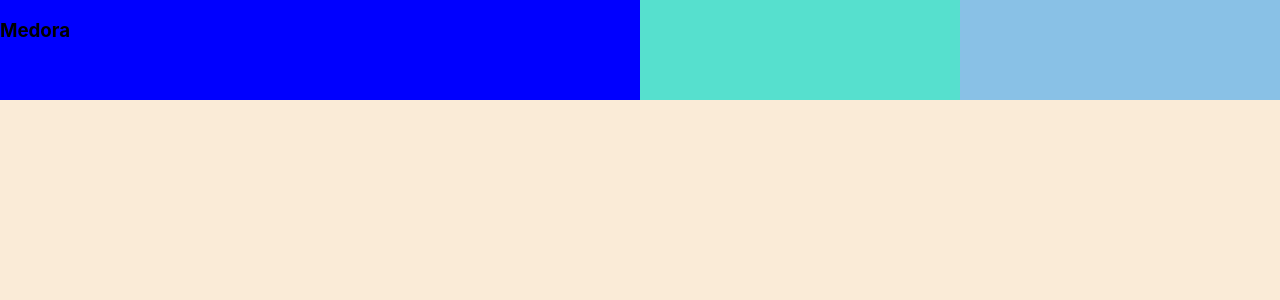
Repository: SbuKhoza/medora
Page: /
An editor plug-in stored every save of this project. The page is shown before and after a run of saves, followed by the edit.
The browser window is 1280 px wide. The pictures show the whole page.
The project was rebuilt for these pictures with package versions that can differ from the ones it lists, and the page was loaded fresh each time.

Above is the page before, as saved 2024-07-09 13:43:29.

After the next 4 saves:
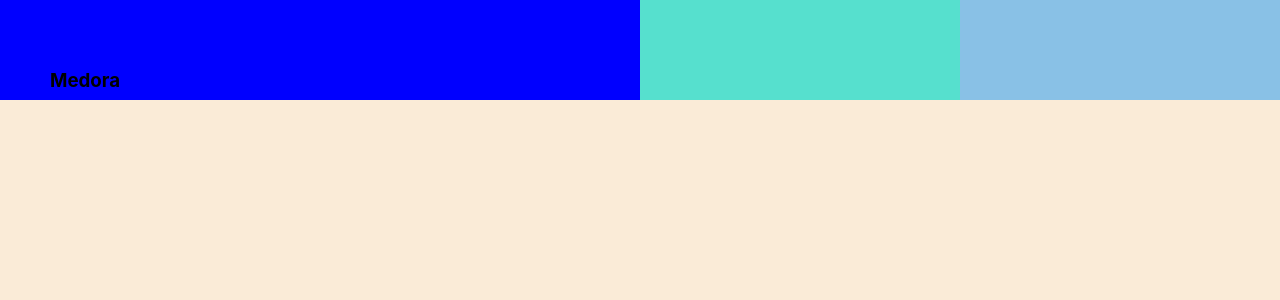
The 4 saves are shown as one change because they came seconds apart.
The last was saved 11 s later.
--- a/src/App.css
+++ b/src/App.css
@@ -31,6 +31,6 @@ body {
 .icondiv {
   width: 60px;
   height: 60px;
-
+  margin: 50px;
 
 }
